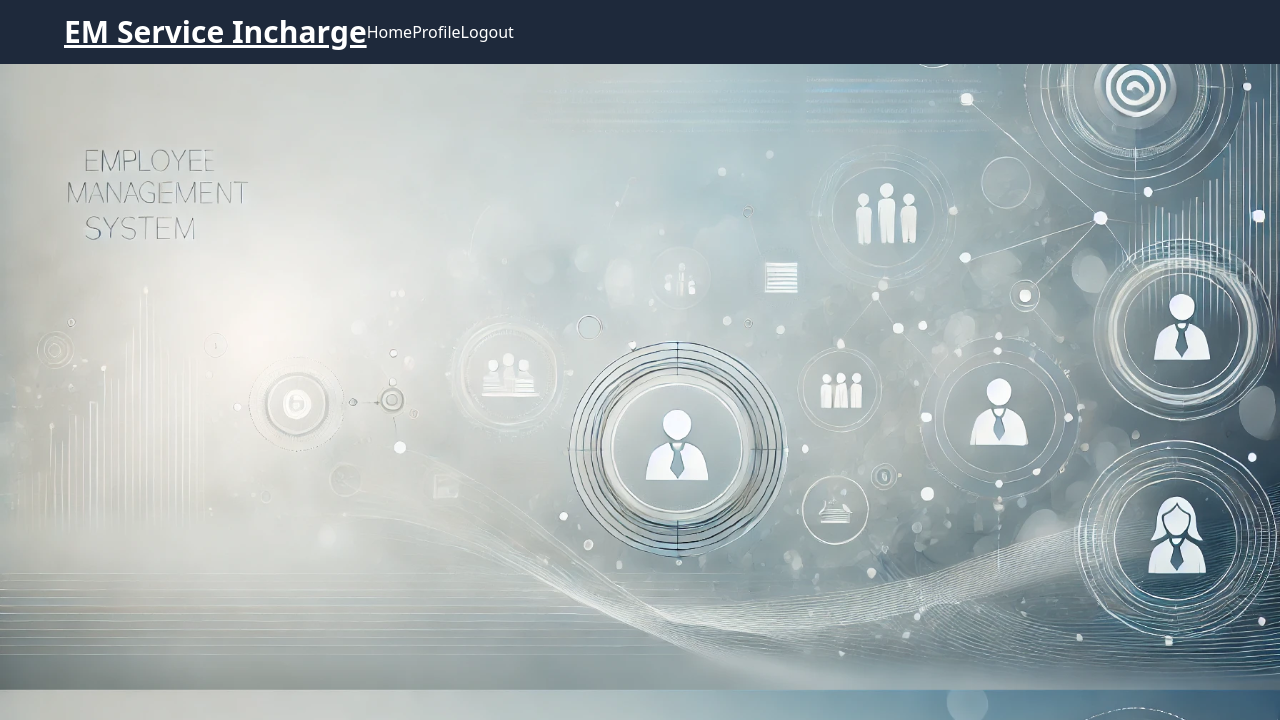
Repository: Vaibhav979/EmployeeManagement-Spring
Page: / (app in em-project-view/)
These files come from the project's save history. The page is drawn as it stood at one moment and after a run of saves; the edit follows.
The browser window is 1280 px wide. The pictures show the whole page.
The project was rebuilt for these pictures with package versions that can differ from the ones it lists, and the page was loaded fresh each time. Also part of the build but not shown: em-project-view/vite.config.js.

Above is the page before, as saved 2025-01-02 22:34:34.

After the next 8 saves:
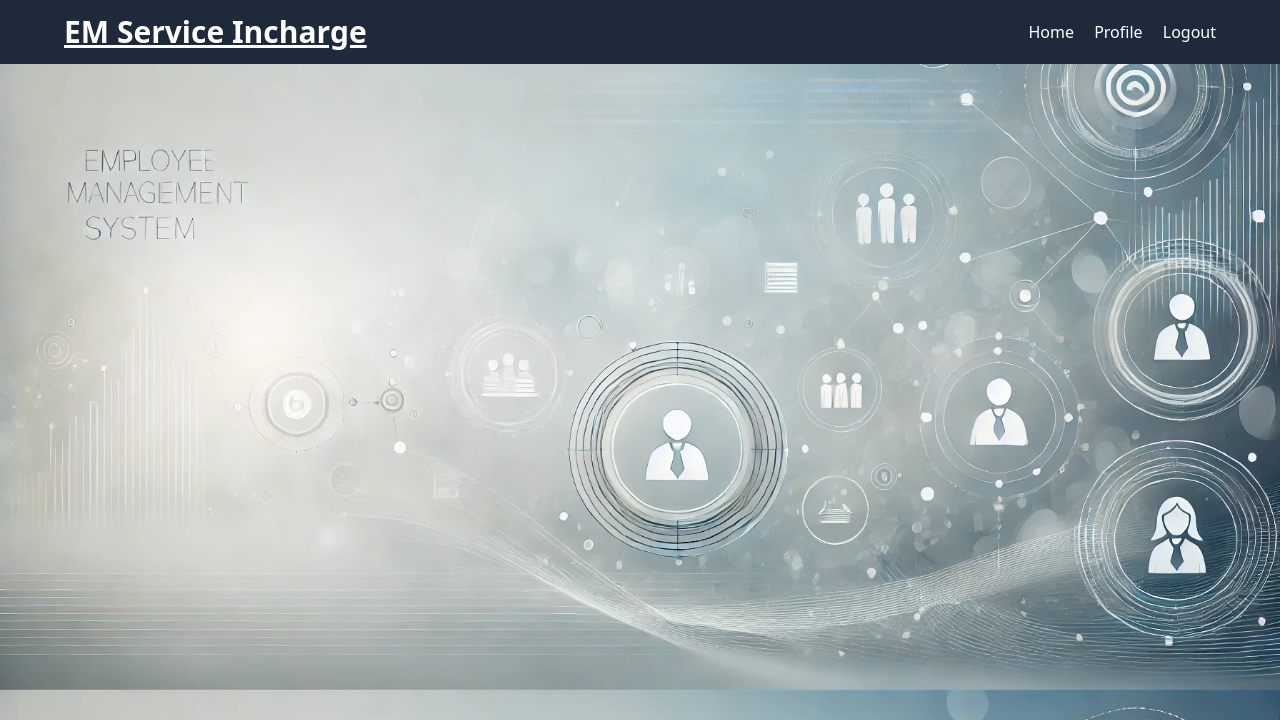
The 8 saves are shown as one change because 1 did not build or start and some came seconds apart.
The last was saved 23 s later.
--- a/em-project-view/src/App.jsx
+++ b/em-project-view/src/App.jsx
@@ -5,10 +5,11 @@ function App() {
   return (
     <div className="bg-slate-800 flex h-16 px-16 items-center">
       <h1 className="text-3xl font-bold underline">EM Service Incharge</h1>
-
-      <a href="/"> Home </a>
-      <a href="/"> Profile </a>
-      <a href="/"> Logout</a>
+      <div className="space-x-4 ml-auto">
+        <a href="/"> Home </a>
+        <a href="/"> Profile </a>
+        <a href="/"> Logout</a>
+      </div>
     </div>
   );
 }
